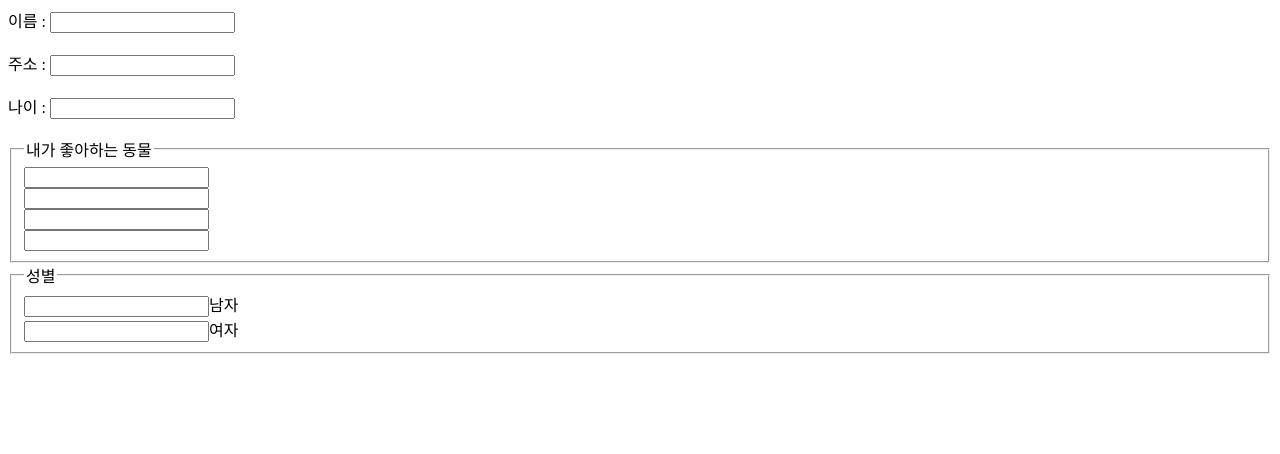
Repository: Rua1006/JSP
Page: practice01/WebContent/input.html
An editor plug-in stored every save of this project. The page is shown before and after the next save, followed by the edit.
The browser window is 1280 px wide. The pictures show the whole page.

Above is the page before, as saved 2022-10-17 07:05:58.

After the next save:
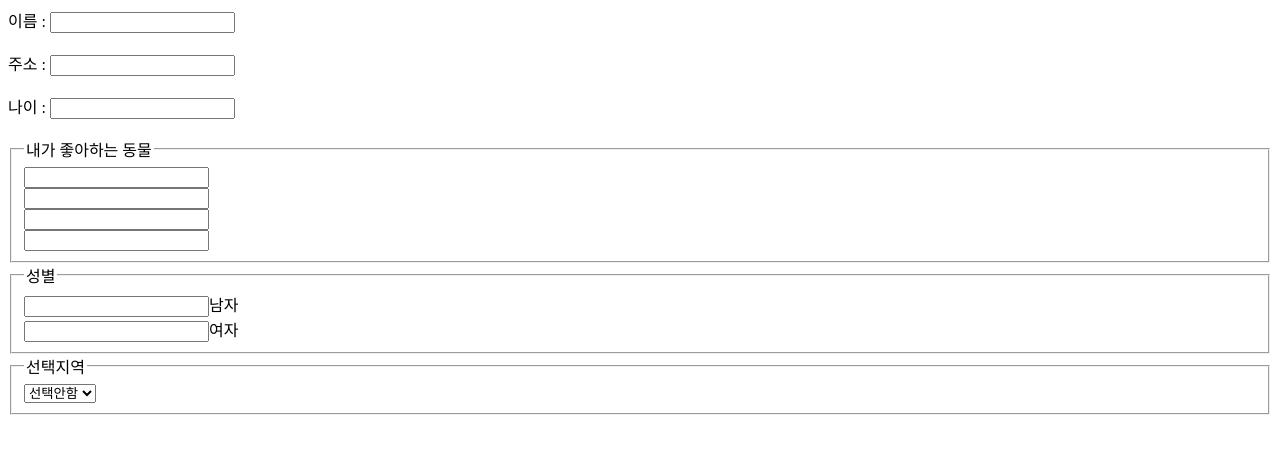
Saved 106 s later.
--- a/practice01/WebContent/input.html
+++ b/practice01/WebContent/input.html
@@ -21,6 +21,16 @@
 		<input type="" name="" value="" checked>남자<br>
 		<input type="" name="" value="" >여자<br>
 	</fieldset>
+	<fieldset>
+		<legend>선택지역</legend>
+		<select name="area">
+			<option selected>선택안함</option>
+			<option value="01">선택안함</option>
+			<option value="02">선택안함</option>
+			<option value="03">선택안함</option>
+			<option value="04">선택안함</option>
+		</select>
+	</fieldset>
 </form>
 </body>
 </html>
